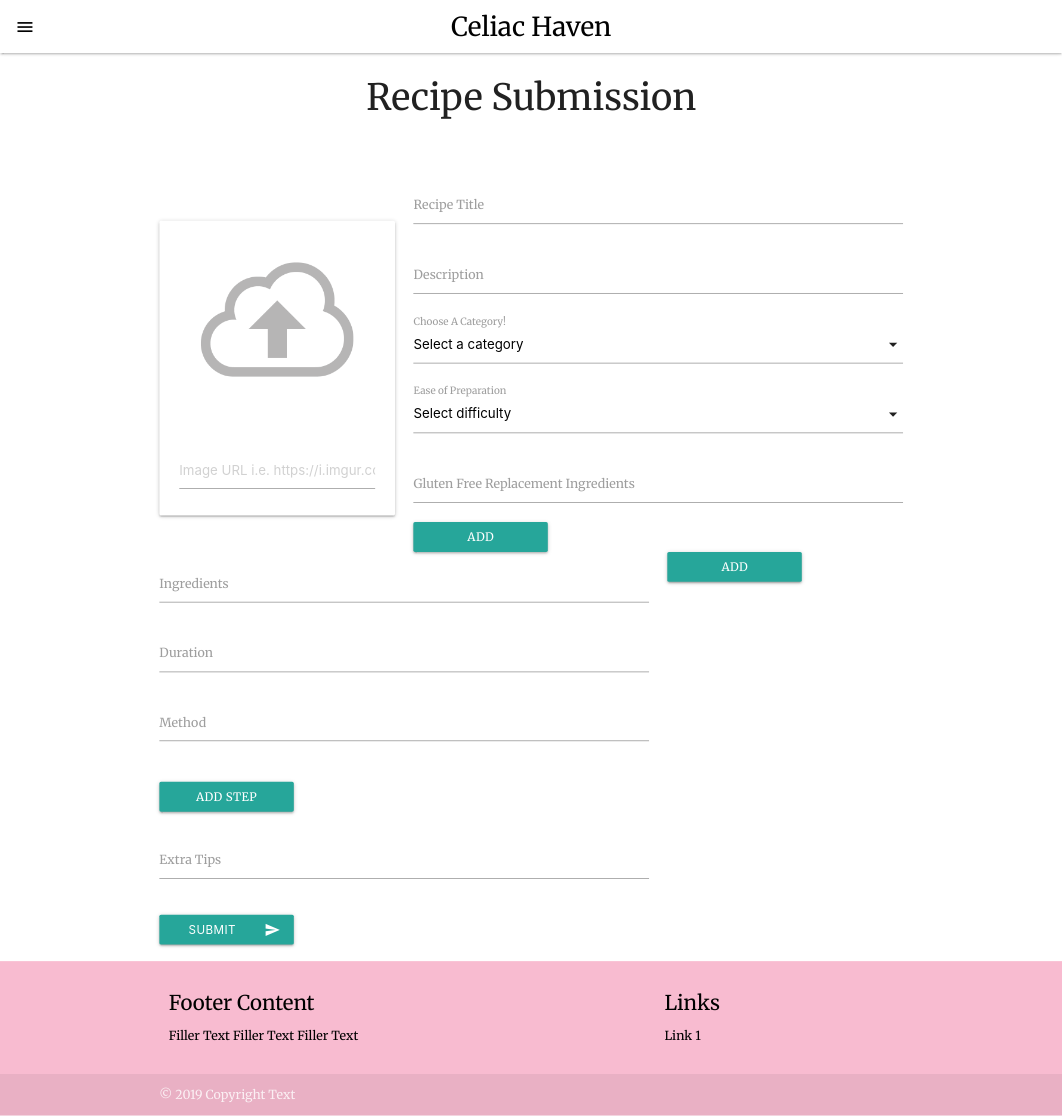
Repository: DanielJMaia/cookbook-project
Page: http://localhost/add_recipe
The author's editor kept a record of every edit. The page is drawn from the files as they stood at one moment, then again after the next edit.
The browser window is 1280 px wide. The pictures show the whole page, at 83% of full size.
Some web fonts or font styles are not loaded; a fallback is used. The page is served by the project's application, run on Flask 3 (app.py). Queries for data that is not in the repository find no rows.

Above is the page before.

### templates/add_recipe.html
{% extends 'base.html' %} {% block content %}

<h3 class="center-align" id="submit_recipe_header">Recipe Submission</h3>
<form action="{{url_for('insert_recipe')}}" method="POST" class="col s12 m8" autocomplete="off">
    <div class="container">


        <div class="row">
            <div class="col s11 m4 submit_image_spacing">
                <div class="card">
                    <div class="card-image">
                        <img src="/static/img/upload.jpg" class="image" id="upload_image">
                    </div>
                    <div class="card-content input-field">
                        <input id="add_image" type="text" class="validate" name="url" placeholder="Image URL i.e. https://i.imgur.com/PuHbs0g.jpg" required>
                    </div>
                </div>
            </div>
            <div class="input-field col s11 m8">
                <input id="recipe_title" type="text" class="validate" name="title" required>
                <label for="recipe_title">Recipe Title</label>
            </div>
            <div class="input-field col s11 m8">
                <input id="recipe_description" type="text" class="validate" name="description" required>
                <label for="recipe_description">Description</label>
            </div>
            <div class="input-field col s11 m8">
                <select name="category" required>
                            <option selected disabled value>Select a category</option>
                        {% for cat in second_category %}
                            <option value="{{ cat.category }}" >{{ cat.category }}</option>
                        {% endfor %}
                    </select>
                <label>Choose A Category!</label>
            </div>
            <div class="input-field col s11 m8">
                <select name="difficulty" required>
                        <option selected disabled value>Select difficulty</option>
                    {% for diff in difficulty %}
                        <option value="{{ diff.difficulty }}" >{{ diff.difficulty }}</option>
                    {% endfor %}
                </select>
                <label>Ease of Preparation</label>
            </div>
            <div class="input-field col s11 m8">
                <input id="gf_ingredient" type="text" class="validate" name="gf_ingredient">
                <label for="gf_ingredient">Gluten Free Replacement Ingredients</label>
            </div>
            <div class="col s2 center-align">
                <a class="waves-effect waves-light btn button_form_min_width">Add Ingredient</a>
            </div>
            <div class="input-field col s11 m8">
                <input id="ingredients" type="text" class="validate" name="ingredients" required>
                <label for="ingredients">Ingredients</label>
            </div>
            <div class="col s2 center-align">
                <a class="waves-effect waves-light btn button_form_min_width">Add Ingredient</a>
            </div>
            <div class="input-field col s11 m8">
                <input id="duration" type="text" class="validate" name="prep_duration" required>
                <label for="duration">Duration</label>
            </div>
            <div class="input-field col s11 m8">
                <textarea id="textarea1" class="materialize-textarea" name="method" required></textarea>
                <label for="textarea1">Method</label>
            </div>
        </div>
        <div class="row">
            <div class="col s2 center-align">
                <a class="waves-effect waves-light btn button_form_min_width">Add Step</a>
            </div>
        </div>
        <div class="row">
            <div class="input-field col s11 m8">
                <input id="tips" type="text" class="validate" name="tips">
                <label for="tips">Extra Tips</label>
            </div>
        </div>
        <div class="row">
            <div class="col s2 center-align">
                <button class="btn waves-effect waves-light button_form_min_width" type="submit" name="action">Submit
                    <i class="material-icons right">send</i>
                </button>
            </div>
        </div>
    </div>
</form>
{% endblock %}

### templates/base.html
<!DOCTYPE html>
<html lang="en">

<head>
    <meta charset="UTF-8">
    <meta name="viewport" content="width=device-width, initial-scale=1.0">
    <meta http-equiv="X-UA-Compatible" content="ie=edge">
    <title>GF Recipes!</title>

    <link rel="stylesheet" href="https://cdnjs.cloudflare.com/ajax/libs/materialize/1.0.0/css/materialize.min.css">
    <link href="https://fonts.googleapis.com/icon?family=Material+Icons" rel="stylesheet">
    <link href="https://fonts.googleapis.com/css?family=Merriweather|Solway&display=swap" rel="stylesheet">
    <link rel="stylesheet" href="{{url_for('static', filename='css/style.css')}}" type="text/css" />
</head>

<body>
    <header>
        <nav class="white">
            <div class="nav-wrapper">
                <a href="{{url_for('home')}}" class="brand-logo center black-text">Celiac Haven</a>
                <a href="#" data-target="mobile-demo" class="sidenav-trigger show-on-large"><i class="material-icons black-text">menu</i></a>
            </div>
        </nav>



        <ul class="sidenav" id="mobile-demo">
            <li><a href="{{url_for('home')}}">Home</a></li>
            <li><a href="{{url_for('add_recipe')}}">Add A Recipe</a></li>
            {% for cat in categories %}
            <li><a href="{{url_for('get_recipes', recipe_category=cat.category)}}">{{ cat.category }}</a></li>
            {% endfor %}
        </ul>


    </header>
    <main>
        {% block content %} {% endblock %}
    </main>

    <footer class="page-footer pink lighten-4">
        <div class="container">
            <div class="row">
                <div class="col l6 s12">
                    <h5 class="black-text">Footer Content</h5>
                    <p class="black-text text-lighten-4">Filler Text Filler Text Filler Text</p>
                </div>
                <div class="col l4 offset-l2 s12">
                    <h5 class="black-text">Links</h5>
                    <ul>
                        <li><a class="black-text text-lighten-3" href="#!">Link 1</a></li>
                    </ul>
                </div>
            </div>
        </div>
        <div class="footer-copyright">
            <div class="container">
                © 2019 Copyright Text
            </div>
        </div>
    </footer>

    <script src="https://cdnjs.cloudflare.com/ajax/libs/jquery/3.4.1/jquery.js" integrity="sha256-WpOohJOqMqqyKL9FccASB9O0KwACQJpFTUBLTYOVvVU=" crossorigin="anonymous"></script>
    <script src="https://cdnjs.cloudflare.com/ajax/libs/materialize/1.0.0/js/materialize.min.js"></script>
    <script type="text/javascript" src="/static/js/initialization.js"></script>

</body>

</html>

### app.py
import os
from flask import Flask, render_template, redirect, request, url_for
from flask_pymongo import PyMongo
from bson.objectid import ObjectId

app = Flask(__name__)

USER = os.getenv('DB_USER')
PASSWORD = os.environ.get('DB_PASSWORD')

app.config["MONGO_DBNAME"] = 'milestone-project-cookbook'
app.config["MONGO_URI"] = 'mongodb+srv://root:r00tUser@myfirstcluster-bgp7f.mongodb.net/milestone-project-cookbook?retryWrites=true&w=majority'

mongo = PyMongo(app)

@app.route('/')
def home():
    return render_template("index.html",
    categories=mongo.db.categories.find())

@app.route('/get_recipes/<recipe_category>')
def get_recipes(recipe_category):
    return render_template("recipes.html",
    categories=mongo.db.categories.find(),
    recipes=mongo.db.recipes.find({"category": recipe_category}))

@app.route('/add_recipe')
def add_recipe():
    return render_template("add_recipe.html",
    categories=mongo.db.categories.find(),
    difficulty=mongo.db.difficulty.find())

@app.route('/insert_recipe', methods=["POST"])
def insert_recipe():
    recipes = mongo.db.recipes
    recipes.insert_one(request.form.to_dict())
    return redirect(url_for('home'))

@app.route('/edit_recipe/<recipe_id>')
def edit_recipe(recipe_id):
    _recipe = mongo.db.recipes.find_one({"_id": ObjectId(recipe_id)})
    _categories = mongo.db.categories.find()
    _difficulty = mongo.db.difficulty.find()
    category_list = [category for category in _categories]
    return render_template('edit_recipe.html', recipe=_recipe, categories=category_list, difficulty=_difficulty)

@app.route('/update_recipe/<recipe_id>', methods=["POST"])
def update_recipe(recipe_id):
    recipes = mongo.db.recipes
    recipes.update({'_id': ObjectId(recipe_id)},
    {
        'title' : request.form.get('title'),
        'category' : request.form.get('category'),
        'gf_ingredient' : request.form.get('gf_ingredient'),
        'prep_duration' : request.form.get('prep_duration'),
        'difficulty' : request.form.get('difficulty'),
        'method' : request.form.get('method'),
        'ingredients' : request.form.get('ingredients'),
        'description' : request.form.get('description'),
        'tips' : request.form.get('tips')
    })
    return redirect(url_for('home'))

@app.route('/view_recipe/<recipe_id>')
def view_recipe(recipe_id):
    return render_template('view_recipe.html',
    recipes = mongo.db.recipes.find({"_id": ObjectId(recipe_id)}))

# Test Page Route

@app.route('/testing')
def test():
    return render_template("testing.html",
    recipes=mongo.db.recipes.find())

if __name__  == '__main__':
    app.run(host=os.environ.get('IP'),
    port=int(os.environ.get('PORT')),
    debug=True)

### static/css/style.css
body {
  display: flex;
  min-height: 100vh;
  flex-direction: column;
  font-family: 'Solway', 'Merriweather', serif;
}

main {
  flex: 1 0 auto;
}

.brand-logo{
  width: fit-content;
}

#quote {
  background-image: url("/static/img/quote_background.jpg");
  background-size: cover;
  padding-top: 17rem;
  text-align: center;
  height: 55rem;
}

#upload_image {
  padding: 50px;
}

#submit_recipe_header {
  padding-bottom: 50px;
}

.button_form_min_width {
  min-width: 162px;
}

.submit_image_spacing {
  padding-top: 50px!important;
}

.recipe_banner {
  /*background-image: url("https://i.imgur.com/PuHbs0g.jpg"); */
  background-size: cover;
  resize: both;
  min-height: 40rem;
}

.recipe_information_box {
  width: 100%;
  margin-top: 5%;
}

#recipe_image{
  height: auto;
  width: 100%;
  position: relative;
}

.responsive_image{
  object-fit: cover;
  height: 20rem;
}


@media (min-width: 768px) {
  .recipe_information_box {
  width: 40%;
  margin-top: 7%;
  margin-right: 6%;
}
}

@media (min-width: 1200px) {
  .recipe_information_box {
  width: 20%;
  margin-top: 7%;
  margin-right: 6%;
}
}

### static/js/initialization.js
$(document).ready(function() {
    $('.sidenav').sidenav();
    $('.tabs').tabs();
    $('input#input_text, textarea#textarea2').characterCounter();
    $('select').formSelect();
});

After the next edit:
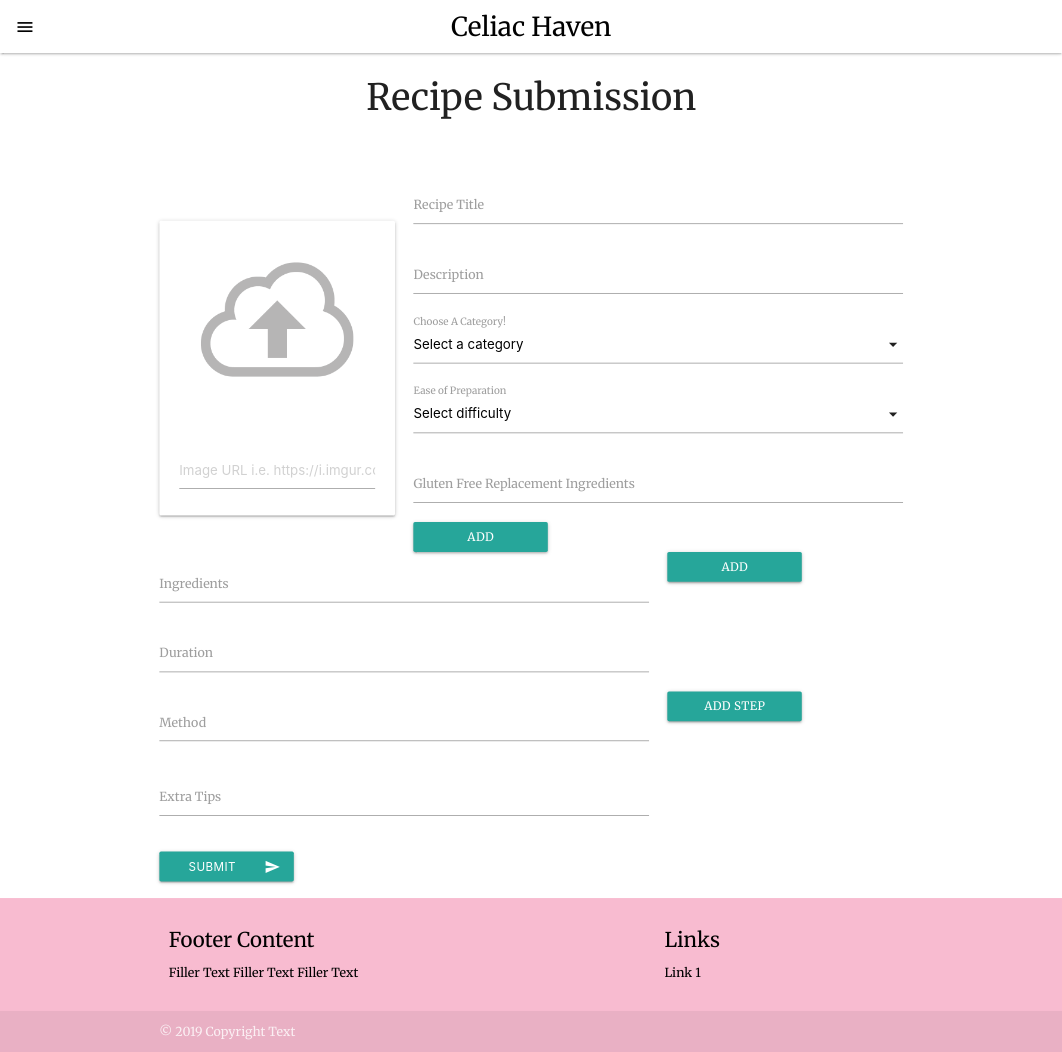
The edit:
--- a/templates/add_recipe.html
+++ b/templates/add_recipe.html
@@ -64,13 +64,9 @@
                 <textarea id="textarea1" class="materialize-textarea" name="method" required></textarea>
                 <label for="textarea1">Method</label>
             </div>
-        </div>
-        <div class="row">
             <div class="col s2 center-align">
                 <a class="waves-effect waves-light btn button_form_min_width">Add Step</a>
             </div>
-        </div>
-        <div class="row">
             <div class="input-field col s11 m8">
                 <input id="tips" type="text" class="validate" name="tips">
                 <label for="tips">Extra Tips</label>
